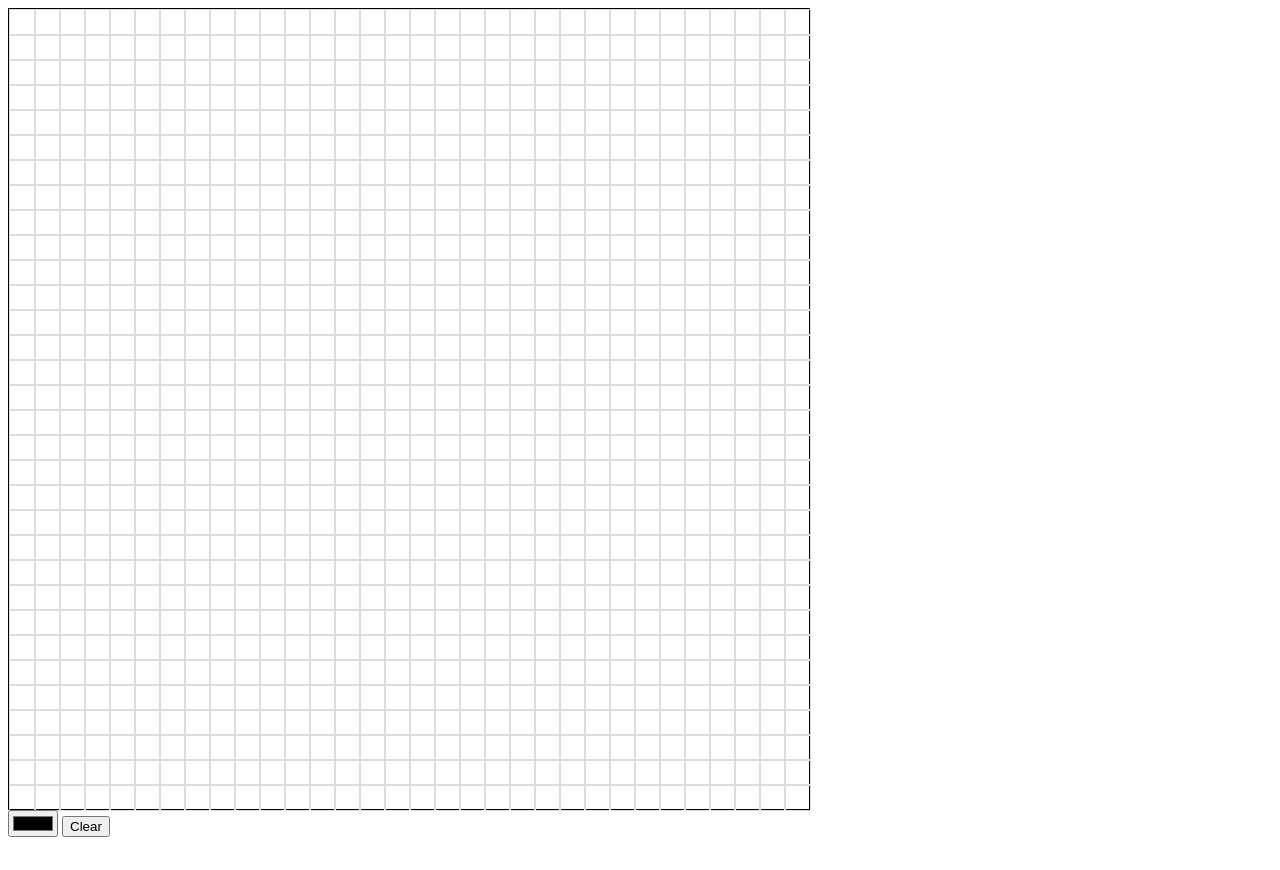
Repository: oldens/handwritten-digit-recognition
Page: index.html
The author's editor kept a copy of each file at every save. The page is drawn from the files as they stood at one save, then again after the next save.
The browser window is 1280 px wide. The pictures show the whole page.

Above is the page before, as saved 2025-01-31 16:05:56.

After the next save:
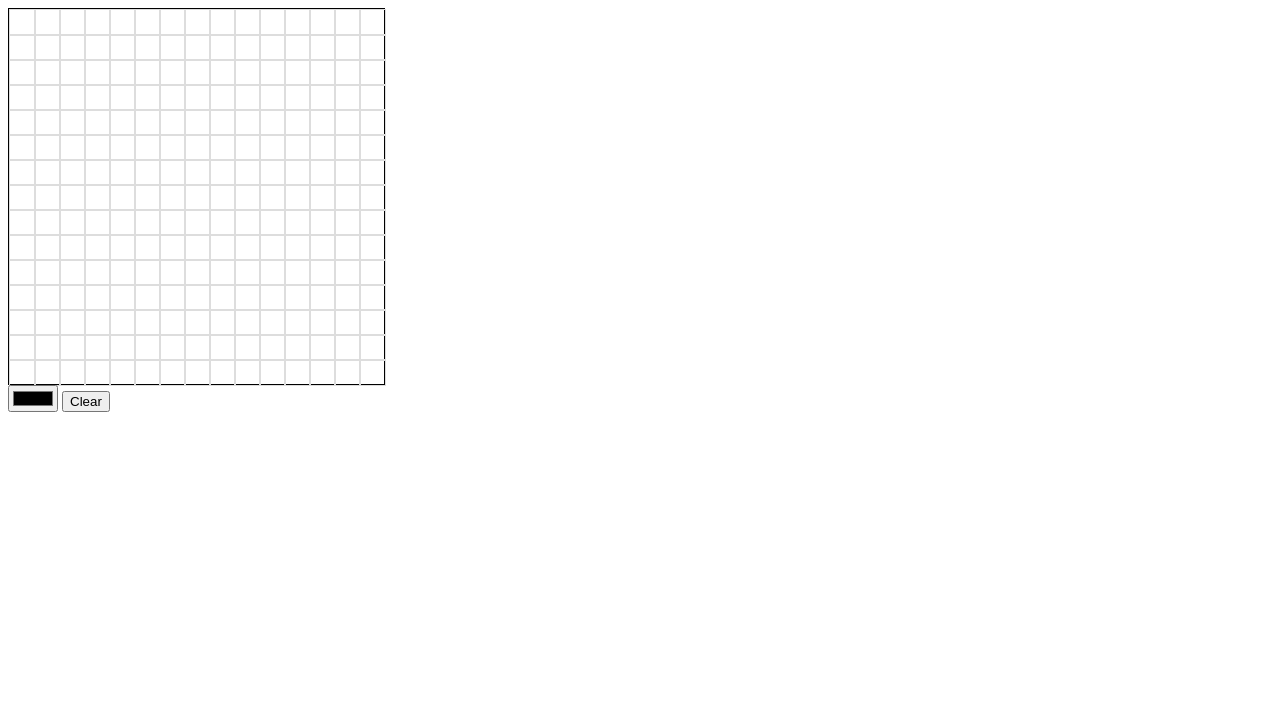
Saved 15 s later.
--- a/styles.css
+++ b/styles.css
@@ -1,5 +1,5 @@
 :root {
-    --grid-size: 32;
+    --grid-size: 15;
     --cell-size: 25px;
 }
 
